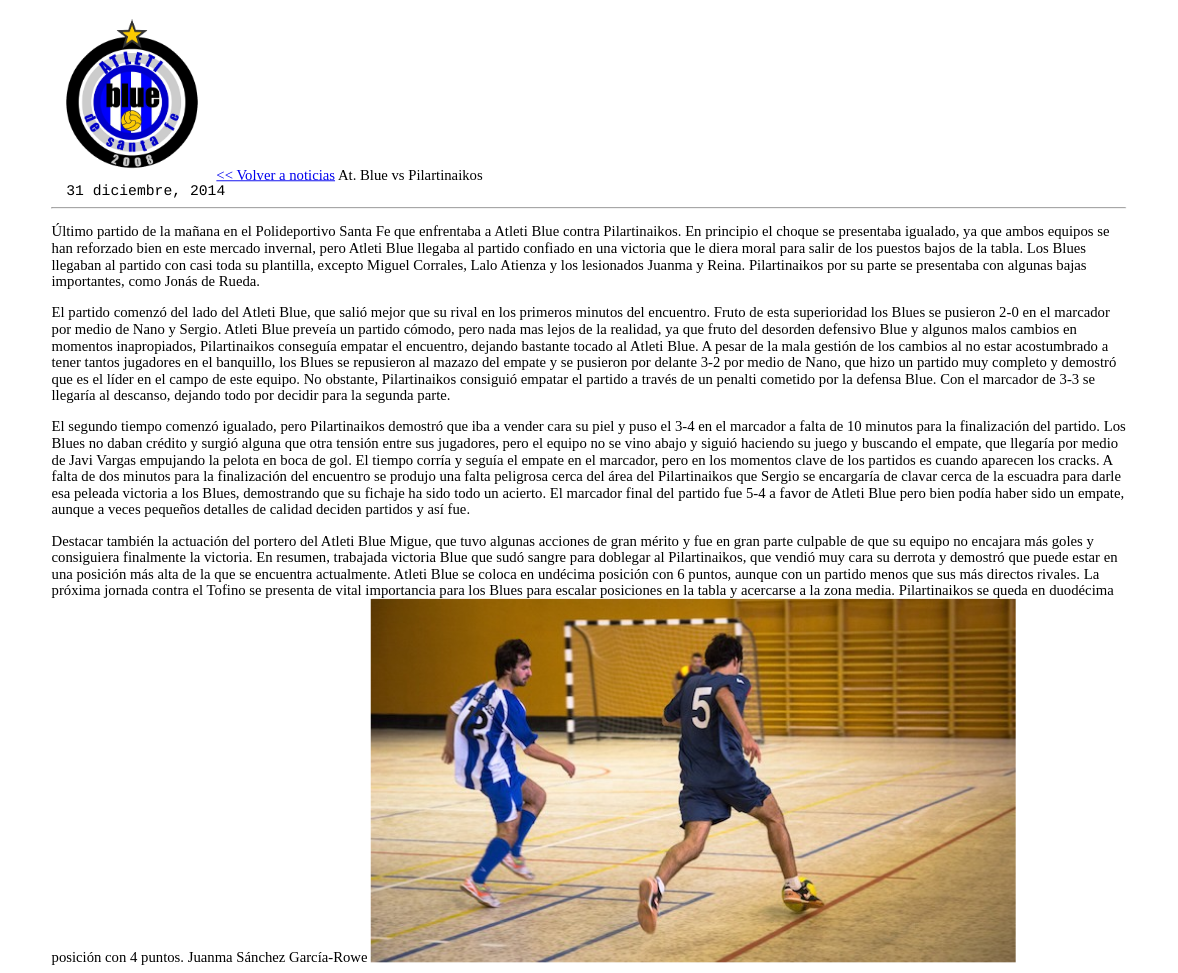
Repository: DiegoGodoy/atletiblue
Page: app/views/noticias/noticia3.html
The author's editor kept a record of every edit. The page is drawn from the files as they stood at one moment, then again after the next edit.
The browser window is 1280 px wide. The pictures show the whole page, at 92% of full size.

Above is the page before.

After the next edit:
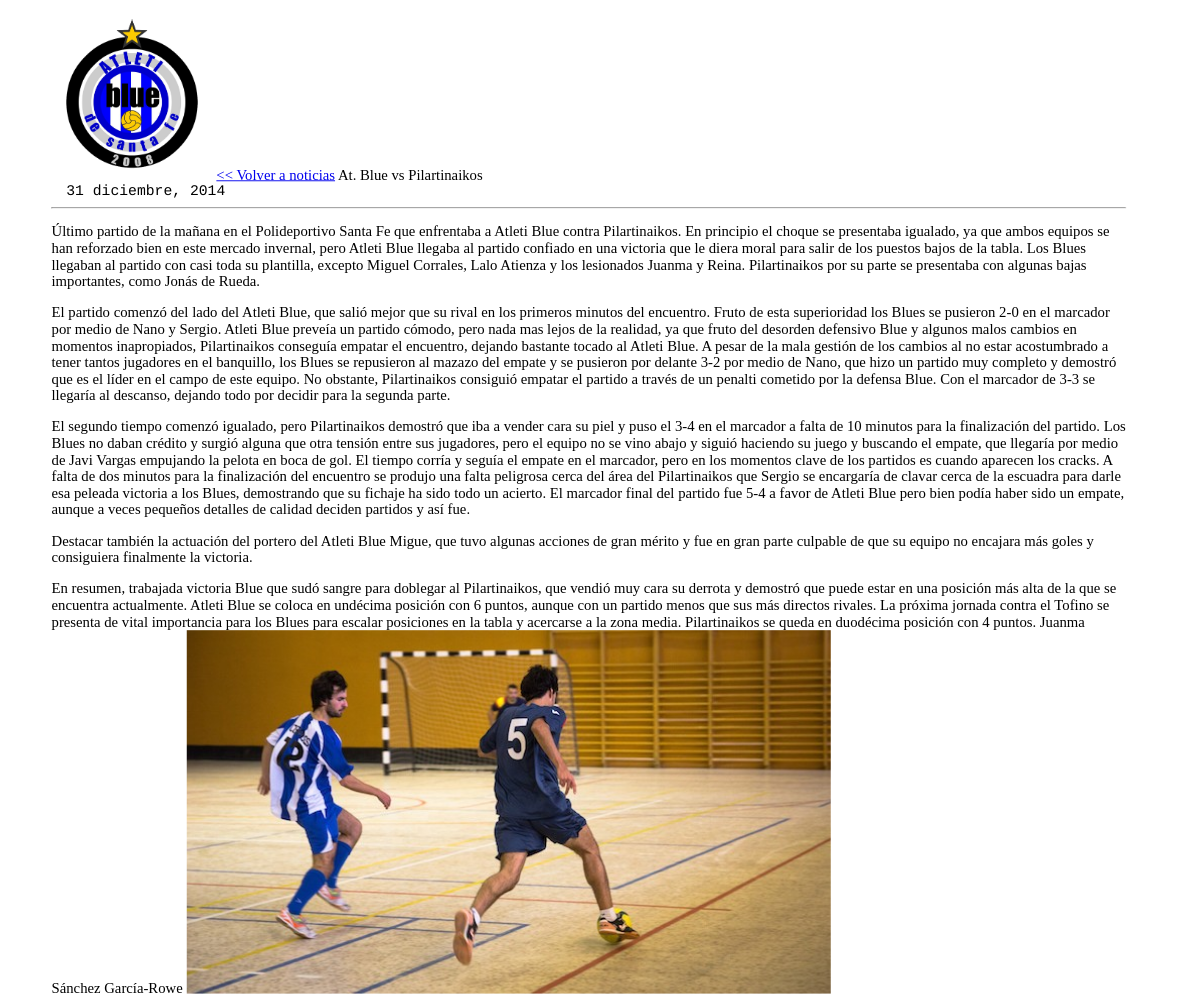
The edit:
--- a/app/views/noticias/noticia3.html
+++ b/app/views/noticias/noticia3.html
@@ -16,7 +16,7 @@
 
 El segundo tiempo comenzó igualado, pero Pilartinaikos demostró que iba a vender cara su piel y puso el 3-4 en el marcador a falta de 10 minutos para la finalización del partido. Los Blues no daban crédito y surgió alguna que otra tensión entre sus jugadores, pero el equipo no se vino abajo y siguió haciendo su juego y buscando el empate, que llegaría por medio de Javi Vargas empujando la pelota en boca de gol. El tiempo corría y seguía el empate en el marcador, pero en los momentos clave de los partidos es cuando aparecen los cracks. A falta de dos minutos para la finalización del encuentro se produjo una falta peligrosa cerca del área del Pilartinaikos que Sergio se encargaría de clavar cerca de la escuadra para darle esa peleada victoria a los Blues, demostrando que su fichaje ha sido todo un acierto. El marcador final del partido fue 5-4 a favor de Atleti Blue pero bien podía haber sido un empate, aunque a veces pequeños detalles de calidad deciden partidos y así fue.</p>
 
-Destacar también la actuación del portero del Atleti Blue Migue, que tuvo algunas acciones de gran mérito y fue en gran parte culpable de que su equipo no encajara más goles y consiguiera finalmente la victoria.
+Destacar también la actuación del portero del Atleti Blue Migue, que tuvo algunas acciones de gran mérito y fue en gran parte culpable de que su equipo no encajara más goles y consiguiera finalmente la victoria.</p>
 
 En resumen, trabajada victoria Blue que sudó sangre para doblegar al Pilartinaikos, que vendió muy cara su derrota y demostró que puede estar en una posición más alta de la que se encuentra actualmente. Atleti Blue se coloca en undécima posición con 6 puntos, aunque con un partido menos que sus más directos rivales. La próxima jornada contra el Tofino se presenta de vital importancia para los Blues para escalar posiciones en la tabla y acercarse a la zona media. Pilartinaikos se queda en duodécima posición con 4 puntos.
 
